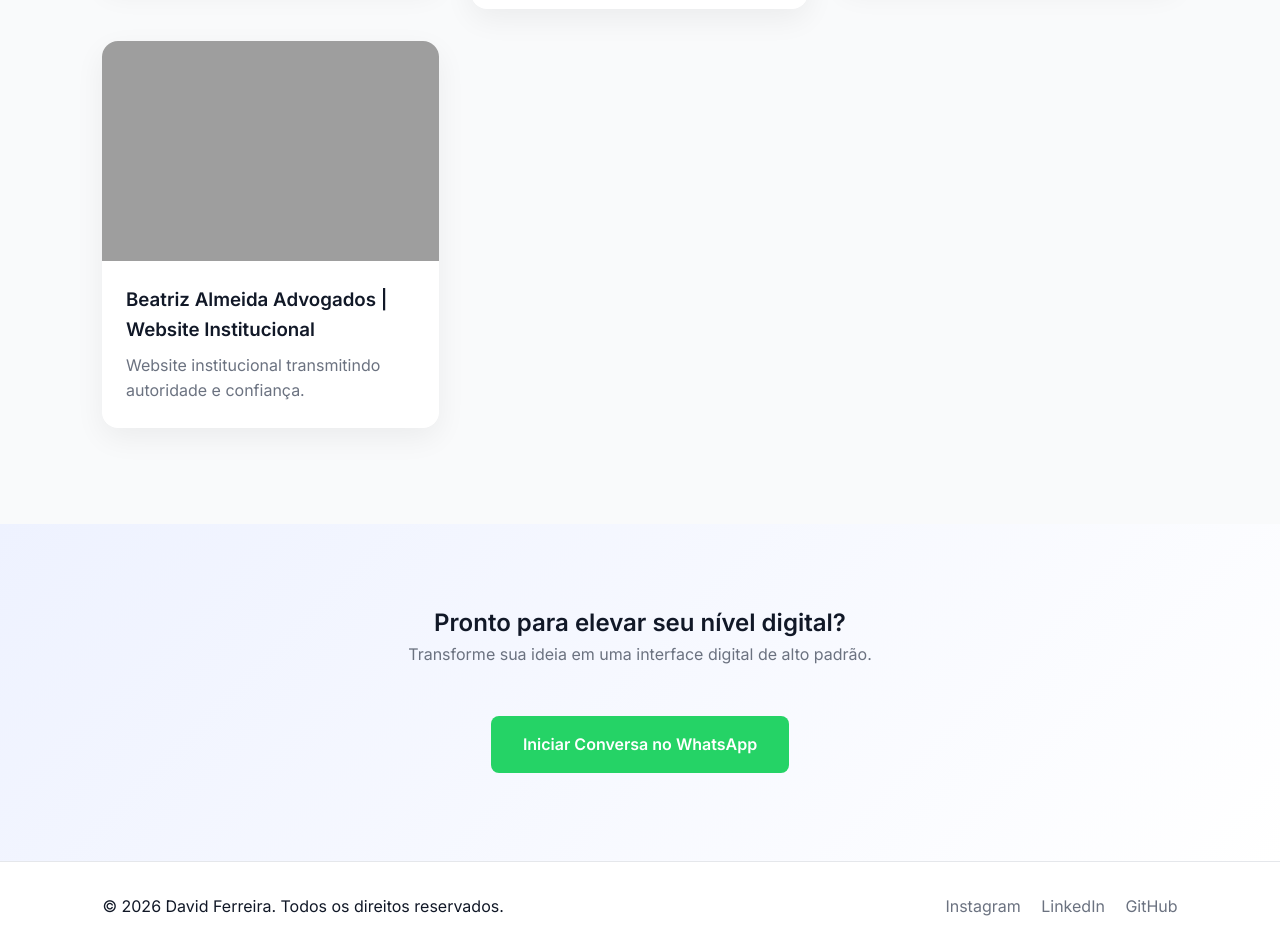
Repository: davidfsillva/David_Ferreira
Page: index.html
These files come from the project's save history. The page is drawn as it stood at one moment and after a run of saves; the edit follows.
The browser window is 1280 px wide. The pictures show the part of the page from y = 1825 to 2777 px (the page is 2777 px tall).
Pictures or frames that could not be fetched are drawn as grey boxes.

Above is the page before, as saved 2026-02-11 12:16:32.
Console error: TypeError: Cannot read properties of null (reading 'addEventListener')

### index.html
<!DOCTYPE html>
<html lang="pt-BR">
<head>
    <meta charset="UTF-8">
    <meta name="viewport" content="width=device-width, initial-scale=1.0">

    <title>David Ferreira | Desenvolvedor Front-end & UI Designer Premium</title>

    <!-- SEO Primário -->
    <meta name="description" content="David Ferreira é desenvolvedor front-end especializado em interfaces premium, landing pages de alta conversão e experiências digitais modernas.">
    <meta name="keywords" content="Desenvolvedor Front-end, Web Designer, UI Designer, Landing Page, Desenvolvimento Web, Freelancer Brasil">
    <meta name="author" content="David Ferreira">
    <meta name="robots" content="index, follow">
    <link rel="canonical" href="https://seudominio.com/">

    <!-- Open Graph (Facebook, LinkedIn) -->
    <meta property="og:title" content="David Ferreira | Desenvolvedor Front-end Premium">
    <meta property="og:description" content="Interfaces digitais de alto padrão, focadas em performance e conversão.">
    <meta property="og:image" content="https://seudominio.com/preview.jpg">
    <meta property="og:url" content="https://seudominio.com/">
    <meta property="og:type" content="website">

    <!-- Twitter Card -->
    <meta name="twitter:card" content="summary_large_image">
    <meta name="twitter:title" content="David Ferreira | Web Developer">
    <meta name="twitter:description" content="Desenvolvimento web premium focado em performance e design moderno.">
    <meta name="twitter:image" content="https://seudominio.com/preview.jpg">

    <!-- Favicon -->
    <link rel="icon" href="favicon.ico" type="image/x-icon">

    <!-- Fonts -->
    <link href="https://fonts.googleapis.com/css2?family=Inter:wght@300;400;600&family=Plus+Jakarta+Sans:wght@700;800&display=swap" rel="stylesheet">

    <link rel="stylesheet" href="style.css">
</head>


<body>

    <!-- NAVBAR -->
    <nav class="navbar">
        <div class="logo">David | Web Developer<span>.</span></div>
        <ul class="nav-links">
            <li><a href="#about">Sobre</a></li>
            <li><a href="#portfolio">Projetos</a></li>
            <li><a href="#contact" class="btn-sm">Contato</a></li>
        </ul>
    </nav>

    <!-- HERO -->
    <section class="hero">
        <div class="hero-content">
            <h1>Transformando código em <span>experiências digitais de elite</span></h1>
            <p>Desenvolvedor Front-end especializado em interfaces de alto padrão e landing pages focadas em resultados.</p>
            <div class="hero-btns">
                <a href="#portfolio" class="btn-primary">Ver Projetos</a>
                <a href="#contact" class="btn-secondary">Vamos Conversar</a>
            </div>
        </div>
        <div class="hero-visual">
            <div class="hero-glow"></div>
        </div>
    </section>

    <!-- SOBRE -->
    <section id="about" class="section">
        <h2>Sobre Mim</h2>
        <p>Sou David Ferreira, desenvolvedor Front-end focado em criar websites modernos, funcionais e com interfaces premium. Trabalho com HTML, CSS, JavaScript e React, priorizando performance, design e experiência do usuário.</p>
        <p>Meu objetivo é ajudar empresas e profissionais a se destacarem no digital através de websites que transmitam confiança e gerem resultados reais.</p>
    </section>

    <!-- PORTFÓLIO -->
    <section id="portfolio" class="portfolio">
        <div class="section-header">
            <h2>Projetos Selecionados</h2>
            <p>Uma vitrine de soluções focadas em performance e design.</p>
        </div>
        <div class="portfolio-grid">
            <!-- Projeto 1 -->
            <a href="https://davidfsillva.github.io/Alex-Carter/" target="_blank" class="project-link">
                <div class="project-card">
                    <div class="card-image">
                        <img src="img/alex.png" alt="Projeto Alex Carter">
                        <div class="card-overlay"><span>Ver Detalhes</span></div>
                    </div>
                    <div class="card-info">
                        <h3>Alex Carter | Landing Page</h3>
                        <p>Website de personal branding para atleta profissional.</p>
                    </div>
                </div>
            </a>

            <!-- Projeto 2 -->
            <a href="https://davidfsillva.github.io/e-hammershark/" target="_blank" class="project-link">
                <div class="project-card">
                    <div class="card-image">
                        <img src="img/ecomerce.png" alt="Projeto Hammershark">
                        <div class="card-overlay"><span>Ver Detalhes</span></div>
                    </div>
                    <div class="card-info">
                        <h3>Hammershark | E-commerce</h3>
                        <p>E-commerce de moda fitness, focado em branding e experiência de compra.</p>
                    </div>
                </div>
            </a>

            <!-- Projeto 3 -->
            <a href="https://davidfsillva.github.io/landing-page/" target="_blank" class="project-link">
                <div class="project-card">
                    <div class="card-image">
                        <img src="img/landingpage.png" alt="Projeto Landing Page">
                        <div class="card-overlay"><span>Ver Detalhes</span></div>
                    </div>
                    <div class="card-info">
                        <h3>Lucas Andrade | Landing Page</h3>
                        <p>Landing page estratégica para geração de leads e conversão.</p>
                    </div>
                </div>
            </a>

            <!-- Projeto 4 -->
            <a href="https://davidfsillva.github.io/beatriz-almeida-adv/" target="_blank" class="project-link">
                <div class="project-card">
                    <div class="card-image">
                        <img src="img/adv.png" alt="Projeto Beatriz Almeida Advogados">
                        <div class="card-overlay"><span>Ver Detalhes</span></div>
                    </div>
                    <div class="card-info">
                        <h3>Beatriz Almeida Advogados | Website Institucional</h3>
                        <p>Website institucional transmitindo autoridade e confiança.</p>
                    </div>
                </div>
            </a>
        </div>
    </section>

    <!-- CTA / CONTATO -->
    <section id="contact" class="cta-section">
        <h2>Pronto para elevar seu nível digital?</h2>
        <p>Transforme sua ideia em uma interface digital de alto padrão.</p>
        <a href="https://wa.me/5511990242453" target="_blank" class="btn-whatsapp">Iniciar Conversa no WhatsApp</a>
    </section>

    <!-- FOOTER -->
    <footer>
        <div class="footer-content">
            <p>&copy; 2026 David Ferreira. Todos os direitos reservados.</p>
            <div class="social-links">
                <a href="#" target="_blank">Instagram</a>
                <a href="" target="_blank">LinkedIn</a>
                <a href="#" target="_blank">GitHub</a>
            </div>
        </div>
    </footer>

    <script src="scripts.js"></script>
</body>
</html>
</html>

### style.css
:root {
  --primary: #6366f1;
  --primary-light: #818cf8;
  --accent: #a855f7;
  --text-dark: #111827;
  --text-light: #6b7280;
  --bg-light: #f9fafb;
  --white: #ffffff;
  --transition: all 0.3s ease;
}

/* RESET */
* {
  margin: 0;
  padding: 0;
  box-sizing: border-box;
}

html {
  scroll-behavior: smooth;
}

body {
  font-family: 'Inter', sans-serif;
  background: var(--bg-light);
  color: var(--text-dark);
  line-height: 1.6;
  animation: fadePage 0.8s ease-in-out;
}

@keyframes fadePage {
  from { opacity: 0; transform: translateY(10px); }
  to { opacity: 1; transform: translateY(0); }
}

/* NAVBAR */
.navbar {
  position: fixed;
  width: 100%;
  top: 0;
  padding: 1.5rem 8%;
  display: flex;
  justify-content: space-between;
  align-items: center;
  background: rgba(255,255,255,0.85);
  backdrop-filter: blur(12px);
  box-shadow: 0 4px 20px rgba(0,0,0,0.05);
  z-index: 1000;
  transition: var(--transition);
}

.logo {
  font-family: 'Plus Jakarta Sans', sans-serif;
  font-weight: 800;
  font-size: 1.5rem;
}

.logo span {
  color: var(--primary);
}

.nav-links {
  display: flex;
  list-style: none;
  gap: 2rem;
}

.nav-links a {
  text-decoration: none;
  color: var(--text-light);
  font-weight: 500;
  transition: var(--transition);
}

.nav-links a:hover {
  color: var(--primary);
  transform: translateY(-2px);
}

/* HERO */
.hero {
  min-height: 100vh;
  padding: 120px 8% 60px;
  display: flex;
  align-items: center;
  justify-content: space-between;
  background: linear-gradient(135deg, #eef2ff, #ffffff);
  flex-wrap: wrap;
}

.hero-content {
  max-width: 600px;
  animation: heroFade 1s ease 0.2s both;
}

@keyframes heroFade {
  from { opacity: 0; transform: translateY(40px); }
  to { opacity: 1; transform: translateY(0); }
}

.badge {
  display: inline-block;
  padding: 0.5rem 1rem;
  background: rgba(99,102,241,0.1);
  color: var(--primary);
  border-radius: 20px;
  font-size: 0.8rem;
  font-weight: 600;
  margin-bottom: 1.5rem;
}

.hero h1 {
  font-family: 'Plus Jakarta Sans', sans-serif;
  font-size: clamp(2rem, 5vw, 3.5rem);
  line-height: 1.2;
  margin-bottom: 1.5rem;
}

.hero h1 span {
  background: linear-gradient(90deg, var(--primary), var(--accent));
  -webkit-background-clip: text;
  -webkit-text-fill-color: transparent;
}

.hero p {
  font-size: 1.1rem;
  color: var(--text-light);
  margin-bottom: 2rem;
}

/* BUTTONS */
.btn-primary,
.btn-secondary,
.btn-whatsapp {
  display: inline-block;
  padding: 0.9rem 2rem;
  border-radius: 8px;
  text-decoration: none;
  font-weight: 600;
  transition: all 0.3s ease;
  position: relative;
  overflow: hidden;
}

.btn-primary {
  background: linear-gradient(90deg, var(--primary), var(--accent));
  color: white;
  box-shadow: 0 10px 25px rgba(99,102,241,0.3);
}

.btn-primary:hover {
  transform: translateY(-4px) scale(1.03);
}

.btn-primary:active {
  transform: scale(0.96);
}

.btn-primary::after {
  content: "";
  position: absolute;
  width: 200%;
  height: 200%;
  background: radial-gradient(circle, rgba(255,255,255,0.4), transparent 60%);
  top: -50%;
  left: -50%;
  opacity: 0;
  transition: opacity 0.4s ease;
}

.btn-primary:hover::after {
  opacity: 1;
}

.btn-secondary {
  border: 1px solid #e5e7eb;
  color: var(--text-dark);
  margin-left: 1rem;
}

.btn-secondary:hover {
  background: #f3f4f6;
  transform: translateY(-4px);
}

.btn-secondary:active {
  transform: scale(0.96);
}

.btn-whatsapp {
  background: #25d366;
  color: white;
}

.btn-whatsapp:hover {
  transform: translateY(-4px) scale(1.03);
}

.btn-whatsapp:active {
  transform: scale(0.96);
}

.hero-btns {
  display: flex;
  flex-wrap: wrap;
}

#about {
  text-align: center;
  max-width: 1200px; /* ocupa mais largura sem ficar exagerado */
  margin: 0 auto;
  padding: 6rem 8%;
  background: linear-gradient(135deg, #eef2ff 0%, #ffffff 100%); /* combina com hero */
  border-radius: 20px; /* bordas suaves */
  box-shadow: 0 15px 40px rgba(99,102,241,0.15); /* sombra leve e elegante */
  position: relative;
  overflow: hidden;
}

#about::before {
  content: "";
  position: absolute;
  width: 200px;
  height: 200px;
  background: radial-gradient(circle, rgba(163,155,253,0.2), transparent 70%);
  top: -50px;
  right: -50px;
  border-radius: 50%;
  z-index: 0;
  animation: pulseGlow 6s infinite ease-in-out;
}

#about h2 {
  font-family: 'Plus Jakarta Sans', sans-serif;
  font-size: clamp(2rem, 4vw, 2.5rem);
  margin-bottom: 2rem;
  position: relative;
  z-index: 1;
  background: linear-gradient(90deg, var(--primary), var(--accent));
  -webkit-background-clip: text;
  -webkit-text-fill-color: transparent;
}

#about p {
  font-size: 1.05rem;
  line-height: 1.9;
  color: var(--text-dark);
  margin-bottom: 1.8rem;
  position: relative;
  z-index: 1;
  opacity: 0;
  transform: translateY(20px);
  animation: fadeUp 1s forwards;
  animation-delay: 0.3s;
}

/* Animação suave */
@keyframes fadeUp {
  to {
    opacity: 1;
    transform: translateY(0);
  }
}



/* HERO VISUAL */
.hero-visual {
  flex: 1;
  min-height: 400px;
  display: flex;
  justify-content: center;
  align-items: center;
}

.hero-glow {
  width: 350px;
  height: 350px;
  background: radial-gradient(circle, rgba(99,102,241,0.4), transparent 70%);
  border-radius: 50%;
  filter: blur(60px);
  animation: pulseGlow 4s infinite ease-in-out;
}

@keyframes pulseGlow {
  0% { transform: scale(1); opacity: 0.7; }
  50% { transform: scale(1.1); opacity: 1; }
  100% { transform: scale(1); opacity: 0.7; }
}

/* PORTFOLIO */
.portfolio {
  padding: 6rem 8%;
}

.section-header {
  text-align: center;
  margin-bottom: 4rem;
}

.section-header h2 {
  font-family: 'Plus Jakarta Sans', sans-serif;
  font-size: 2.2rem;
  margin-bottom: 1rem;
  color: var(--primary)
}

.section-header p {
  color: var(--text-light);
}

.portfolio-grid {
  display: grid;
  grid-template-columns: repeat(auto-fit, minmax(280px, 1fr));
  gap: 2rem;
}

.project-card {
  background: var(--white);
  border-radius: 16px;
  overflow: hidden;
  box-shadow: 0 10px 30px rgba(0,0,0,0.06);
  cursor: pointer;
  transition: transform 0.4s ease, box-shadow 0.4s ease;
  will-change: transform;
}

.project-card:hover {
  transform: translateY(-12px) scale(1.03);
  box-shadow: 0 25px 50px rgba(99,102,241,0.2);
}

.card-image {
  position: relative;
  overflow: hidden;
}

.card-image img {
  width: 100%;
  height: 220px;
  object-fit: cover;
  display: block;
  transition: transform 0.6s ease;
}

.project-card:hover .card-image img {
  transform: scale(1.08);
}

.card-overlay {
  position: absolute;
  inset: 0;
  background: rgba(99,102,241,0.8);
  display: flex;
  justify-content: center;
  align-items: center;
  color: white;
  font-weight: 600;
  opacity: 0;
  transition: opacity 0.4s ease;
}

.project-card:hover .card-overlay {
  opacity: 1;
}

.card-info {
  padding: 1.5rem;
}

.card-info h3 {
  margin-bottom: 0.5rem;
}

.card-info p {
  color: var(--text-light);
}

.project-link {
  text-decoration: none;
  color: inherit;
  display: block;
}


/* CTA */
.cta-section {
  padding: 5rem 8%;
  text-align: center;
  background: linear-gradient(135deg, #eef2ff, #ffffff);
}

/* FOOTER */
footer {
  padding: 2rem 8%;
  background: var(--white);
  border-top: 1px solid #e5e7eb;
}

.footer-content {
  display: flex;
  justify-content: space-between;
  flex-wrap: wrap;
  gap: 1rem;
}

.social-links a {
  text-decoration: none;
  margin-left: 1rem;
  color: var(--text-light);
  transition: var(--transition);
}

.social-links a:hover {
  color: var(--primary);
  transform: translateY(-2px);
}

.cta-section p {
  color: var(--text-light);
  margin-bottom: 2.5rem; /* aumenta espaço abaixo do texto */
}

.btn-whatsapp {
  display: inline-block;
  background: #25d366;
  color: white;
  padding: 1rem 2rem;
  border-radius: 8px;
  text-decoration: none;
  font-weight: 600;
  transition: var(--transition);
  margin-top: 0.5rem; /* pequeno respiro extra */
}


/* MODAL */
.modal-overlay {
  position: fixed;
  inset: 0;
  background: rgba(0,0,0,0.6);
  display: none;
  justify-content: center;
  align-items: center;
  padding: 2rem;
  z-index: 2000;
}

.modal-content {
  background: white;
  width: 100%;
  max-width: 900px;
  border-radius: 20px;
  overflow: hidden;
  animation: modalZoom 0.4s cubic-bezier(.23,1,.32,1);
  position: relative;
}

@keyframes modalZoom {
  from { opacity: 0; transform: scale(0.85) translateY(20px); }
  to { opacity: 1; transform: scale(1) translateY(0); }
}

.modal-body {
  display: grid;
  grid-template-columns: 1fr 1fr;
}

.modal-img {
  min-height: 300px;
  background-size: cover !important;
}

.modal-text {
  padding: 2rem;
}

.close-modal {
  position: absolute;
  top: 20px;
  right: 25px;
  background: none;
  border: none;
  font-size: 2rem;
  cursor: pointer;
  transition: transform 0.3s ease;
}

.close-modal:hover {
  transform: rotate(90deg);
}

/* RESPONSIVO */
@media (max-width: 900px) {
  .hero {
    flex-direction: column;
    text-align: center;
  }

  .hero-visual {
    margin-top: 3rem;
  }

  .modal-body {
    grid-template-columns: 1fr;
  }
}

@media (max-width: 600px) {
  .navbar {
    padding: 1rem 5%;
  }

  .nav-links {
    display: none;
  }

  .hero {
    padding: 100px 5% 60px;
  }

  .portfolio {
    padding: 4rem 5%;
  }

  .cta-section {
    padding: 4rem 5%;
  }

  footer {
    padding: 2rem 5%;
  }

  .footer-content {
    flex-direction: column;
    text-align: center;
  }

  .social-links a {
    margin: 0 0.5rem;
  }
}

### scripts.js
// =============================
// NAVBAR SCROLL EFFECT
// =============================
const navbar = document.querySelector(".navbar");

window.addEventListener("scroll", () => {
  if (window.scrollY > 50) {
    navbar.style.padding = "1rem 8%";
    navbar.style.boxShadow = "0 8px 25px rgba(0,0,0,0.08)";
  } else {
    navbar.style.padding = "1.5rem 8%";
    navbar.style.boxShadow = "0 4px 20px rgba(0,0,0,0.05)";
  }
});

// =============================
// MODAL FUNCTIONALITY
// =============================
const modal = document.querySelector(".modal-overlay");
const modalImg = document.querySelector(".modal-img");
const modalTitle = document.querySelector(".modal-text h3");
const modalDesc = document.querySelector(".modal-text p");
const closeModal = document.querySelector(".close-modal");

const projectCards = document.querySelectorAll(".project-card");

projectCards.forEach(card => {
  card.addEventListener("click", () => {
    const title = card.querySelector("h3").innerText;
    const desc = card.querySelector("p").innerText;
    const img = card.querySelector("img").src;

    modalTitle.innerText = title;
    modalDesc.innerText = desc;
    modalImg.style.backgroundImage = `url(${img})`;

    modal.style.display = "flex";
    document.body.style.overflow = "hidden";
  });
});

// Fechar modal
closeModal.addEventListener("click", () => {
  modal.style.display = "none";
  document.body.style.overflow = "auto";
});

// Fechar clicando fora
modal.addEventListener("click", (e) => {
  if (e.target === modal) {
    modal.style.display = "none";
    document.body.style.overflow = "auto";
  }
});

// Fechar com ESC
document.addEventListener("keydown", (e) => {
  if (e.key === "Escape") {
    modal.style.display = "none";
    document.body.style.overflow = "auto";
  }
});

// =============================
// SCROLL REVEAL ANIMATION
// =============================
const revealElements = document.querySelectorAll(
  ".hero-content, .project-card, .section-header, .cta-section"
);

const observer = new IntersectionObserver(
  (entries) => {
    entries.forEach(entry => {
      if (entry.isIntersecting) {
        entry.target.style.opacity = "1";
        entry.target.style.transform = "translateY(0)";
      }
    });
  },
  { threshold: 0.2 }
);

revealElements.forEach(el => {
  el.style.opacity = "0";
  el.style.transform = "translateY(40px)";
  el.style.transition = "all 0.8s ease";
  observer.observe(el);
});

// =============================
// BUTTON MICRO INTERACTION
// =============================
const buttons = document.querySelectorAll(".btn-primary, .btn-secondary, .btn-whatsapp");

buttons.forEach(btn => {
  btn.addEventListener("mouseenter", () => {
    btn.style.transform = "scale(1.05)";
  });

  btn.addEventListener("mouseleave", () => {
    btn.style.transform = "scale(1)";
  });
});

After the next 2 saves:
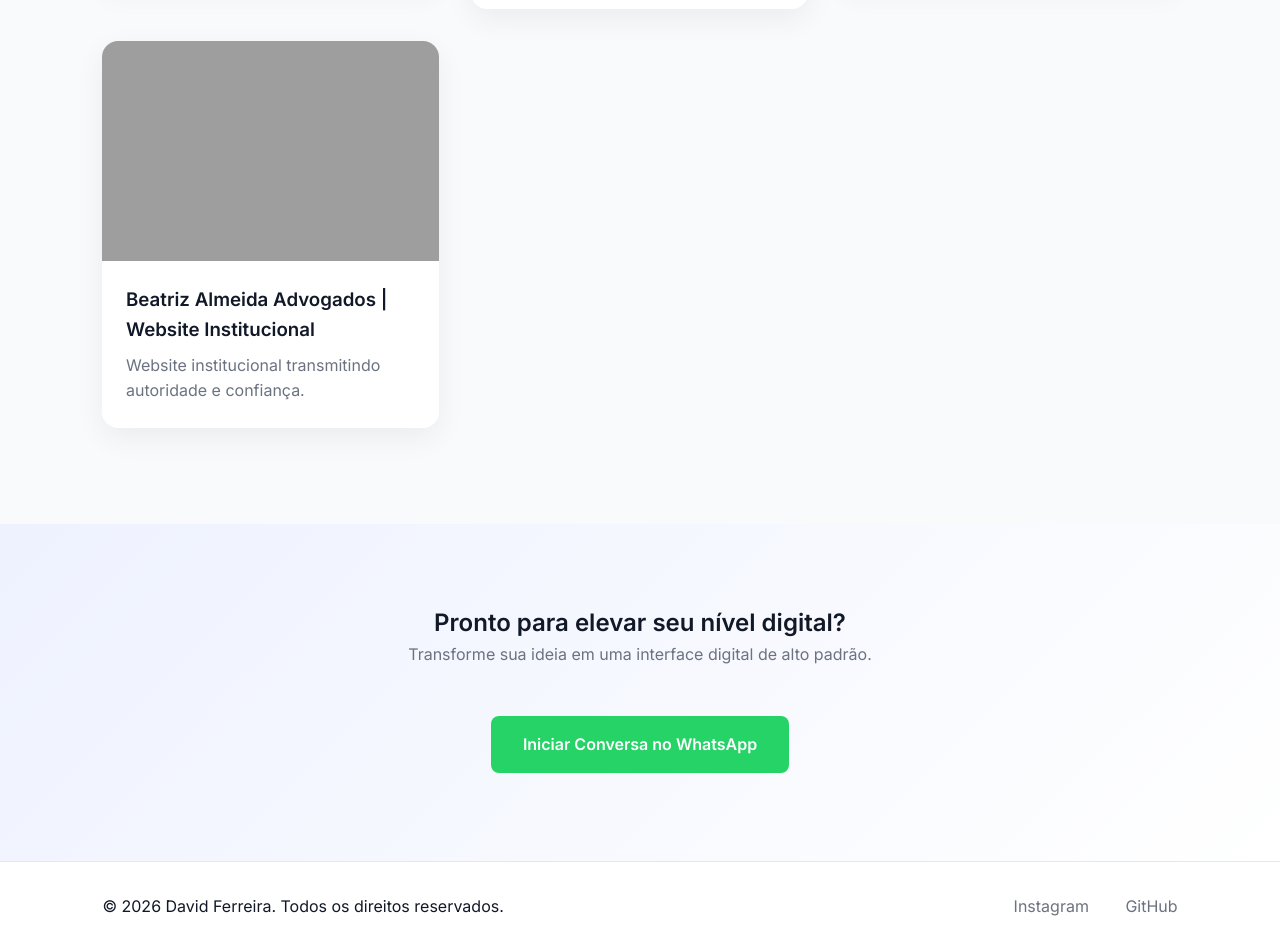
The 2 saves are shown as one change because they came seconds apart.
The last was saved 15 s later.
--- a/index.html
+++ b/index.html
@@ -148,7 +148,8 @@
             <p>&copy; 2026 David Ferreira. Todos os direitos reservados.</p>
             <div class="social-links">
                 <a href="#" target="_blank">Instagram</a>
-                <a href="" target="_blank">LinkedIn</a>
+                <a href="https://www.linkedin.com/in/david-ferreira-b324a71a3" target="_blank" rel="noopener noreferrer"><i class="fab fa-linkedin-in"></i></a>
+
                 <a href="#" target="_blank">GitHub</a>
             </div>
         </div>
